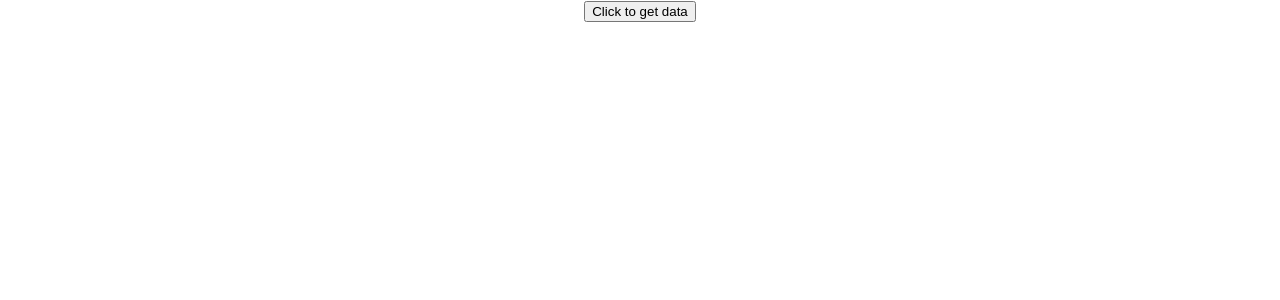
Repository: xxk3990/xander-michelle-react
Page: / (app in react-app/)
An editor plug-in stored every save of this project. The page is shown before and after the next save, followed by the edit.
The browser window is 1280 px wide. The pictures show the whole page.
The page's requests for data from a server got no answer. The project was rebuilt for these pictures with package versions that can differ from the ones it lists, and the page was loaded fresh each time. No one was signed in, and anything a server would have sent is missing. Also part of the build but not shown: react-app/src/call.js.

Above is the page before, as saved 2022-08-21 14:24:55.

After the next save:
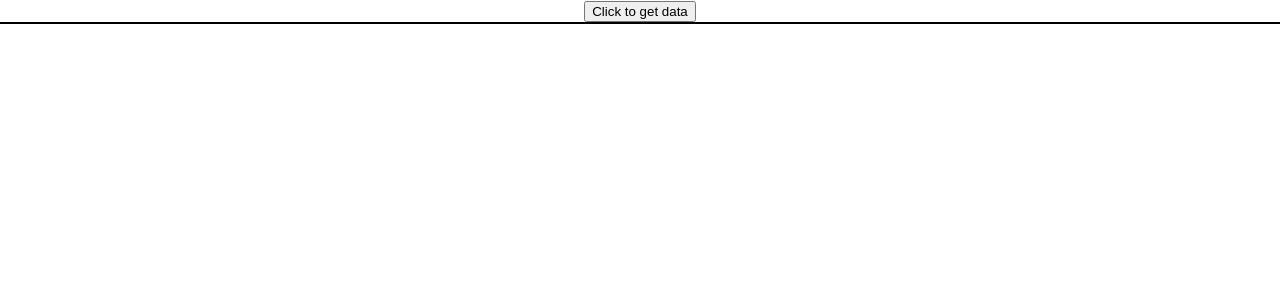
Saved 52 s later.
--- a/react-app/src/App.css
+++ b/react-app/src/App.css
@@ -2,7 +2,7 @@
   text-align: center;
 }
 
-#data-grid {
+.data-grid {
   display: grid;
   grid-template-columns: repeat(4, 1fr);
   grid-template-rows: repeat(2, 1fr);
